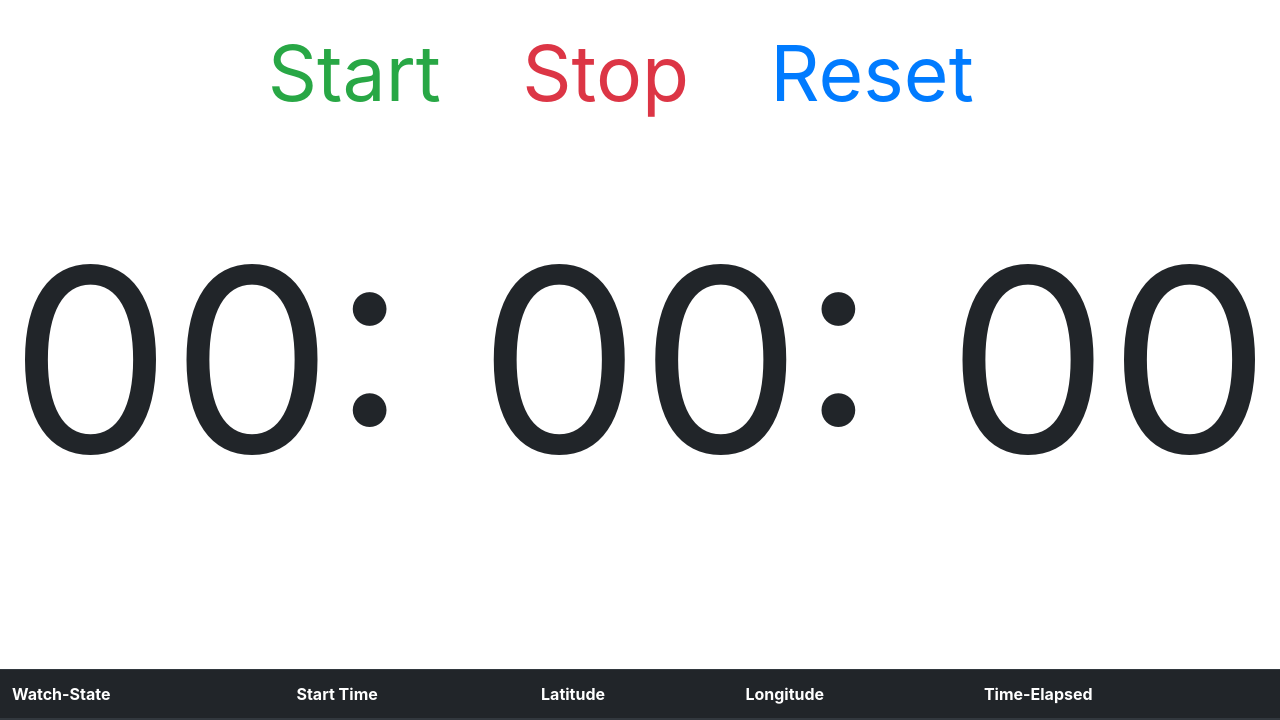
Repository: ranjith-gampa/simpleStopWatch
Page: index.html
The author's editor kept a record of every edit. The page is drawn from the files as they stood at one moment, then again after the next edit.
The browser window is 1280 px wide. The pictures show the whole page.

Above is the page before.

### index.html
<!DOCTYPE html>
<html lang="en-us">

<head>
	<title> GeoStopWatch </title>
	<link rel="stylesheet" href="https://maxcdn.bootstrapcdn.com/bootstrap/4.0.0-beta.2/css/bootstrap.min.css" integrity="sha384-PsH8R72JQ3SOdhVi3uxftmaW6Vc51MKb0q5P2rRUpPvrszuE4W1povHYgTpBfshb" crossorigin="anonymous">
	<link rel = "stylesheet" href = "geostopwatch.css" type="text/css"/>

</head>
<body>
	<nav class="controls">
			<a href="#" class="button-start" onClick="stopwatch.start();">Start</a>
			<a href="#" class="button-stop" onClick="stopwatch.stop();">Stop</a>
			<a href="#" class="button-reset" onClick="stopwatch.clear();">Reset</a>
	</nav>
	<div class="stopwatch"></div>
	<table id="myTable" class = "table">
      <thead class="thead-dark">
        <th scope="col">Watch-State</th>
        <th scope="col">Start Time</th>
        <th scope="col">Latitude</th>
        <th scope="col">Longitude</th>
        <th scope="col">Time-Elapsed</th>
      </thead>
      <tbody>

      </tbody>
  </table>
	<!--<ul class="results"></ul>-->
	<script type="text/javascript" src="stopwatchscript.js"></script>
</body>

</html>

### geostopwatch.css
* {
  margin: 0;
  padding: 0;
}

html {
  background: #333;
  color: #bbb;
  font-family: Menlo;
}

.controls {
  position: fixed;
  text-align: center;
  top: 1em;
  width: 100%;
}

.button-start {
  color: #28a745;
  font-size: 6vw;
  margin: 0 0.5em;
  text-decoration: none;
  margin-left: 0;
}

.button-stop {
  color: #dc3545;
  font-size: 6vw;
  margin: 0 0.5em;
  text-decoration: none;
}

.button-reset {
  color: #007bff;
  font-size: 6vw;
  margin: 0 0.5em;
  text-decoration: none;
}

.button-clear {
  color: #ffc107;
  font-size: 6vw;
  margin: 0 0.5em;
  text-decoration: none;
  margin-right: 0;
}

.button:first-child {
    margin-left: 0;
}

.button:last-child {
    margin-right: 0;
}

.button-start:hover {
  color: #28a745;
}

.button-stop:hover {
  color: #dc3545;
}

.button-reset:hover {
  color: #007bff;
}

.button-clear:hover {
  color: #ffc107;
}

.stopwatch {
  font-size: 20vw;
  height: 100%;
  line-height: 100vh;
  text-align: center;
}

.table {
  border-color: lime;
  margin: 0;
  padding: 0;
  position: absolute;
  bottom: 0;
  left: 50%;
  transform: translateX(-50%);
}

### stopwatchscript.js
class Stopwatch {

    constructor(display, results) {
        this.running = false;
        this.display = display;
        this.results = results;
        this.reset();
        this.print(this.times);
        if(localStorage.getItem("arr") === null){
            this.arr = [];
        }
        else{
            this.arr = localStorage.getItem("arr");
        }
    }

    reset() {
        this.times = [ 0, 0, 0 ];
        this.display.innerText = this.format([0,0,0]);
    }

    start() {
        if (!this.time) this.time = performance.now();
        this.prev = this.time
        if(!this.running){
            var watchState = "watch-started";
            geoFindMe(watchState);
        }
        if (!this.running) {
            this.running = true;
            requestAnimationFrame(this.step.bind(this));
        }
    }

    stop() {
        if(this.running){
            geoFindMe("watch-stopped", this.time, this.prev);
        }
        this.running = false;
        this.time = null;

    }

    restart() {
        if (!this.time) this.time = performance.now();
        if (!this.running) {
            this.running = true;
            requestAnimationFrame(this.step.bind(this));
        }
        this.reset();
    }

    clear() {
        clearChildren(this.myTable);
    }

    step(timestamp) {
        if (!this.running) return;
        this.calculate(timestamp);
        this.time = timestamp;
        this.print();
        requestAnimationFrame(this.step.bind(this));
    }

    calculate(timestamp) {
        var diff = timestamp - this.time;
        // Hundredths of a second are 100 ms
        this.times[2] += diff / 10;
        // Seconds are 100 hundredths of a second
        if (this.times[2] >= 100) {
            this.times[1] += 1;
            this.times[2] -= 100;
        }
        // Minutes are 60 seconds
        if (this.times[1] >= 60) {
            this.times[0] += 1;
            this.times[1] -= 60;
        }
    }

    print() {
        this.display.innerText = this.format(this.times);
    }

    format(times) {
        return `\
            ${pad0(times[0], 2)}:\
            ${pad0(times[1], 2)}:\
            ${pad0(Math.floor(times[2]), 2)}`;
    }

    saveToLocal(info){
        this.arr.push(info);
    }
}

function pad0(value, count) {
    var result = value.toString();
    for (; result.length < count; --count)
        result = '0' + result;
    return result;
}

function clearChildren(table) {
    while(table.rows.length > 0) {
        table.deleteRow(0);
    }
}

function stopwatchInfo(watchState, startTime, latitude, longitude, timeElapsed ){
    this.watchState = watchState;
    this.startTime = startTime;
    this.latitude = latitude;
    this.longitude = longitude;
    this.timeElapsed = timeElapsed;
}

//console.log("Previous Elements count:- "+localStorage.getItem("arr").length)
let stopwatch = new Stopwatch(
    document.querySelector('.stopwatch'),
    document.querySelector('.myTable'));

function geoFindMe(state, current, prev) {
  var table = document.getElementById("myTable");

  if (!navigator.geolocation){
    //output.innerHTML = "<p>Geolocation is not supported by your browser</p>";
    return;
  }

  function success(position) {
    var latitude  = position.coords.latitude;
    var longitude = position.coords.longitude;
    var tableRef = document.getElementById('myTable').getElementsByTagName('tbody')[0];
    var row   = tableRef.insertRow(tableRef.rows.length);
    var cell1 = row.insertCell(0);
    var cell2 = row.insertCell(1);
    var cell3 = row.insertCell(2);
    var cell4 = row.insertCell(3);
    var cell5 = row.insertCell(4);

    cell1.innerHTML = state;
    cell2.innerHTML = new Date();
    cell3.innerHTML = latitude;
    cell4.innerHTML = longitude;
    if(state === "watch-stopped"){
        var num = (current - prev)/1000
        var diff = Math.round( num * 1000 + Number.EPSILON ) / 1000
        cell5.innerHTML = diff + "s";
         arr.push(new stopwatchInfo(state, new Date(), latitude, longitude, diff))
         localStorage.setItem("arr", arr);
    }
    saveToLocal(new stopwatchInfo(state, new Date(), latitude, longitude));

  }

  function error() {
    //output.innerHTML = "Unable to retrieve your location";
  }


  navigator.geolocation.getCurrentPosition(success, error);
}

After the next edit:
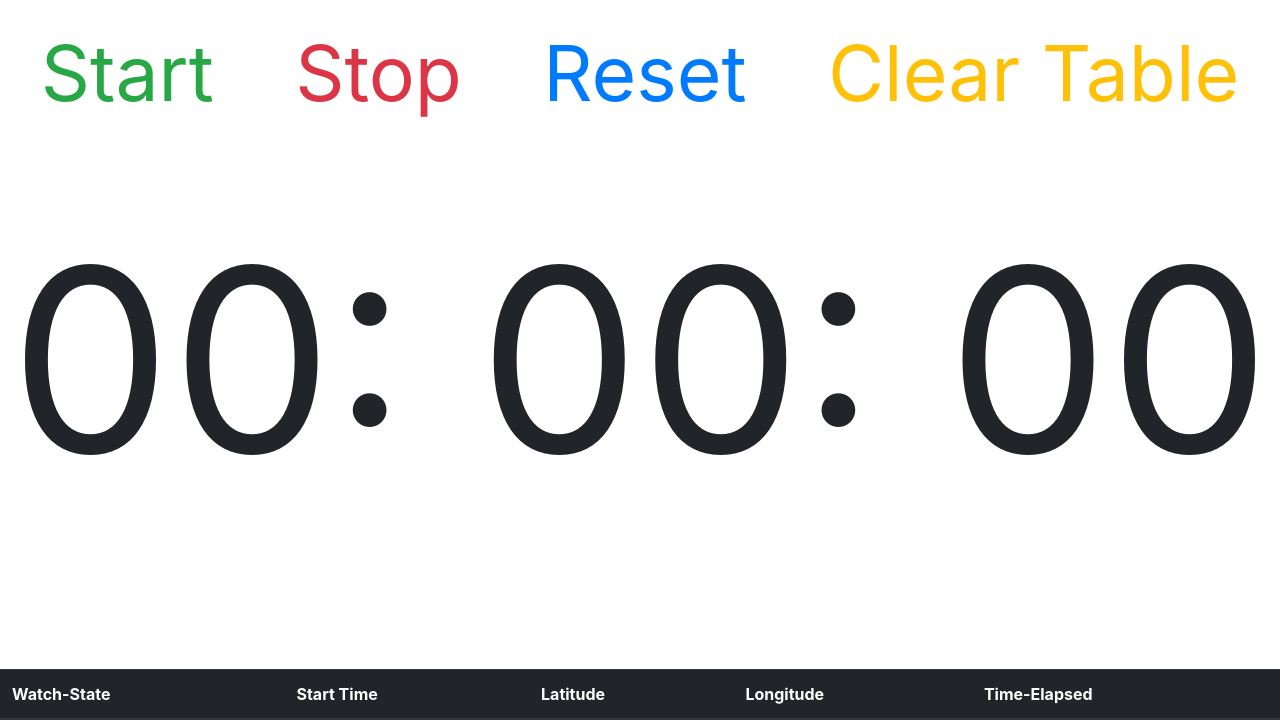
The edit:
--- a/index.html
+++ b/index.html
@@ -11,7 +11,8 @@
 	<nav class="controls">
 			<a href="#" class="button-start" onClick="stopwatch.start();">Start</a>
 			<a href="#" class="button-stop" onClick="stopwatch.stop();">Stop</a>
-			<a href="#" class="button-reset" onClick="stopwatch.clear();">Reset</a>
+			<a href="#" class="button-reset" onClick="stopwatch.reset();">Reset</a>
+			<a href="#" class="button-clear" onClick="stopwatch.clear();">Clear Table</a>
 	</nav>
 	<div class="stopwatch"></div>
 	<table id="myTable" class = "table">
